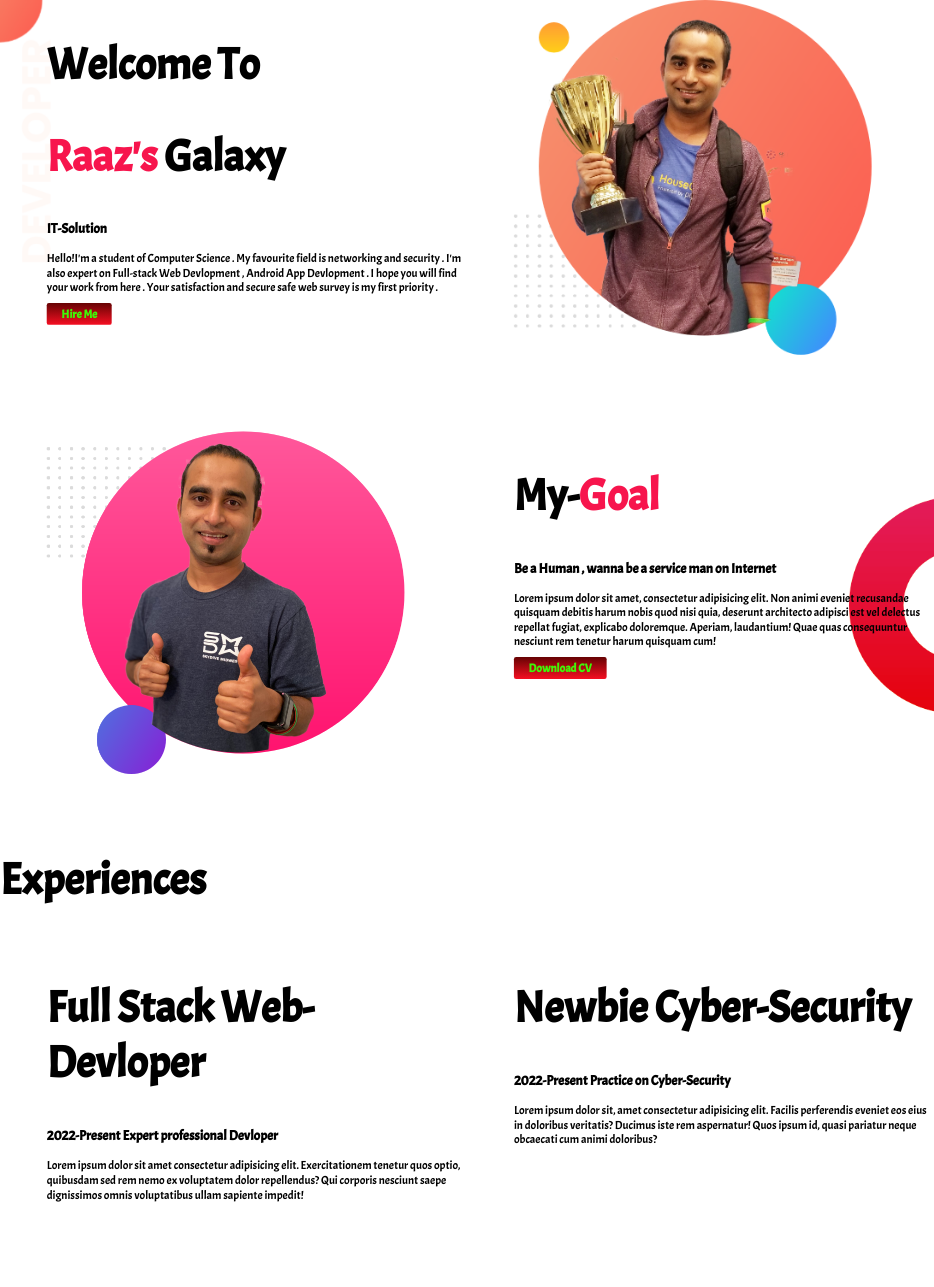
Repository: ramizraaz/my-portfolio
Page: about.html
An editor plug-in stored every save of this project. The page is shown before and after the next save, followed by the edit.
The browser window is 1280 px wide. The pictures show the whole page, at 73% of full size.

Above is the page before, as saved 2022-01-18 15:56:15.

After the next save:
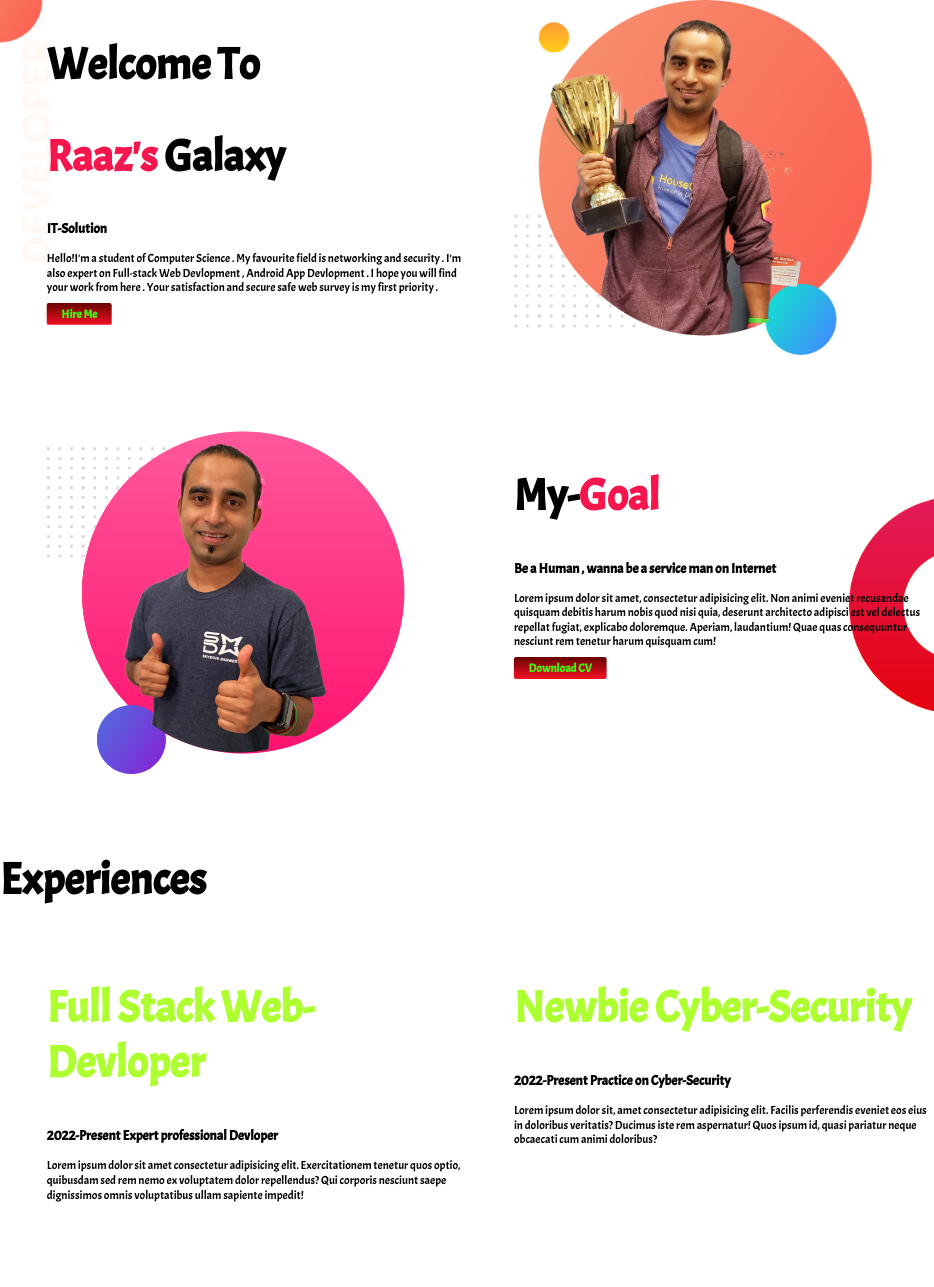
Saved 26 s later.
--- a/design.css
+++ b/design.css
@@ -51,3 +51,7 @@ span {
 .middHeadder {
     color: crimson;
 }
+
+.ex-h-color {
+    color: greenyellow;
+}
